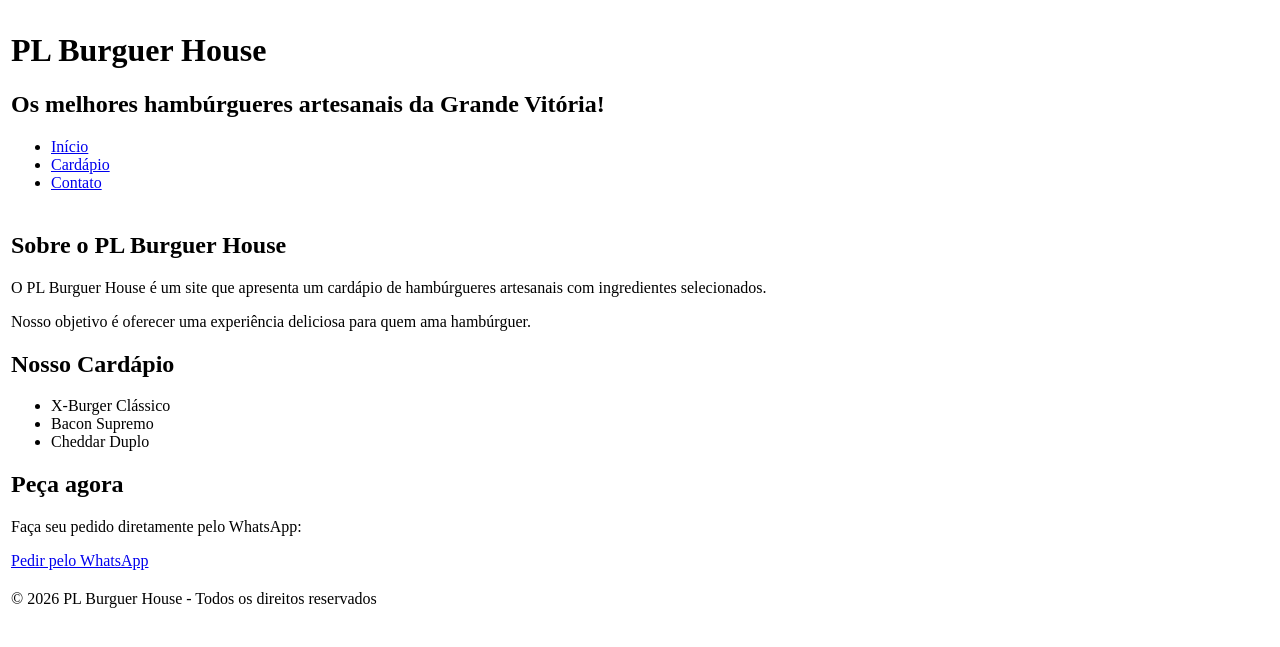
Repository: GabrielPertelCorti/Catalogo-De-Hamburgueres
Page: index.html
An editor plug-in stored every save of this project. The page is shown before and after the next save, followed by the edit.
The browser window is 1280 px wide. The pictures show the whole page.

Above is the page before, as saved 2026-03-23 14:51:09.

After the next save:
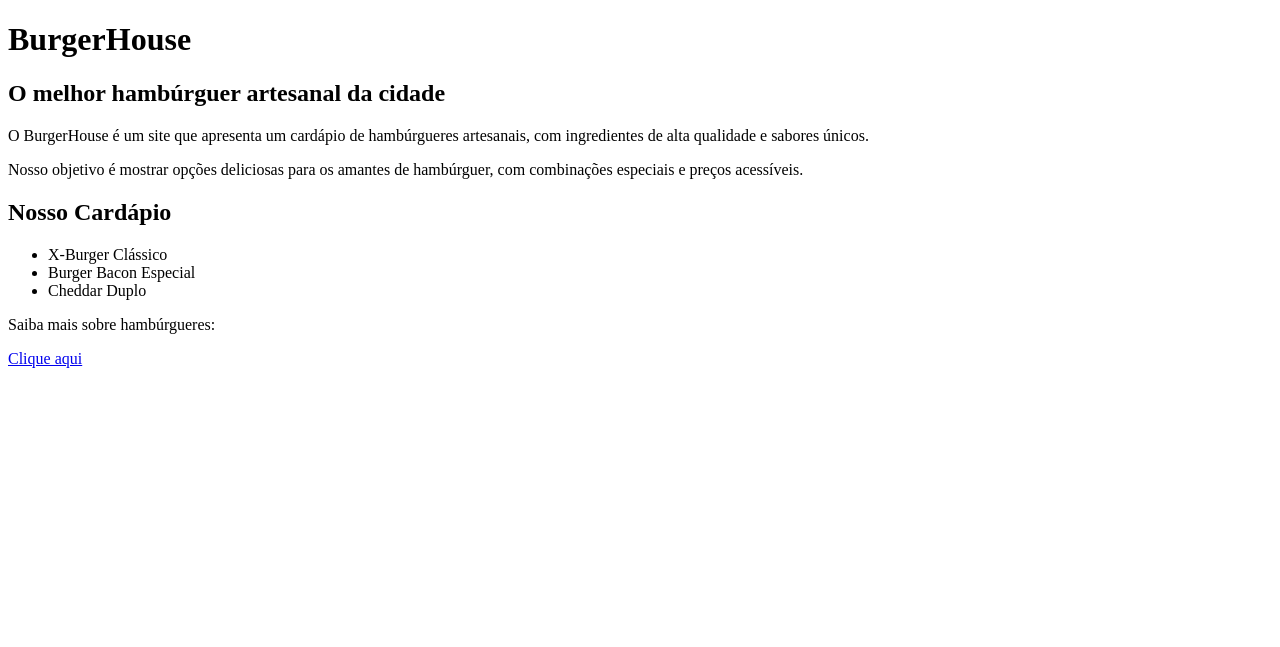
Saved 3 min 55 s later.
--- a/index.html
+++ b/index.html
@@ -2,52 +2,28 @@
 <html lang="pt-BR">
 <head>
     <meta charset="UTF-8">
-    <meta name="viewport" content="width=device-width, initial-scale=1.0">
-    <title>PL Burguer House</title>
+    <title>BurgerHouse</title>
 </head>
 <body>
 
-<table>
-    <tr>
-        <td>
-            <h1>PL Burguer House</h1>
-            <h2>Os melhores hambúrgueres artesanais da Grande Vitória!</h2>
-            <ul>
-                <li><a href="#">Início</a></li>
-                <li><a href="#">Cardápio</a></li>
-                <li><a href="#">Contato</a></li>
-            </ul>
-        </td>
-    </tr>
+    <h1>BurgerHouse</h1>
 
-    <tr>
-        <td>
-            <h2>Sobre o PL Burguer House</h2>
-            <p>O PL Burguer House é um site que apresenta um cardápio de hambúrgueres artesanais com ingredientes selecionados.</p>
-            <p>Nosso objetivo é oferecer uma experiência deliciosa para quem ama hambúrguer.</p>
+    <h2>O melhor hambúrguer artesanal da cidade</h2>
 
-            <h2>Nosso Cardápio</h2>
-            <ul>
-                <li>X-Burger Clássico</li>
-                <li>Bacon Supremo</li>
-                <li>Cheddar Duplo</li>
-            </ul>
+    <p>O BurgerHouse é um site que apresenta um cardápio de hambúrgueres artesanais, com ingredientes de alta qualidade e sabores únicos.</p>
 
-            <h2>Peça agora</h2>
-            <p>Faça seu pedido diretamente pelo WhatsApp:</p>
+    <p>Nosso objetivo é mostrar opções deliciosas para os amantes de hambúrguer, com combinações especiais e preços acessíveis.</p>
 
-            <a href="https://wa.me/5527996573238" target="_blank">
-                Pedir pelo WhatsApp
-            </a>
-        </td>
-    </tr>
+    <h2>Nosso Cardápio</h2>
 
-    <tr>
-        <td>
-            <p>© 2026 PL Burguer House - Todos os direitos reservados</p>
-        </td>
-    </tr>
-</table>
+    <ul>
+        <li>X-Burger Clássico</li>
+        <li>Burger Bacon Especial</li>
+        <li>Cheddar Duplo</li>
+    </ul>
+
+    <p>Saiba mais sobre hambúrgueres:</p>
+    <a href="https://pt.wikipedia.org/wiki/Hamb%C3%BArguer" target="_blank">Clique aqui</a>
 
 </body>
 </html>
